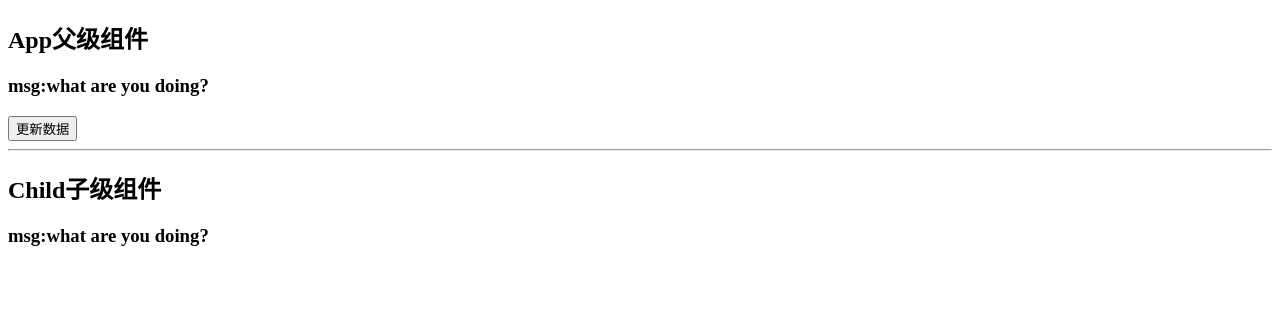
Repository: zhuhongxiang/Vue3.0-TSLeaning
Page: / (app in 04_Vue3/vue3_learning/)
An editor plug-in stored every save of this project. The page is shown before and after the next save, followed by the edit.
The browser window is 1280 px wide. The pictures show the whole page.
The project was rebuilt for these pictures with package versions that can differ from the ones it lists, and the page was loaded fresh each time.

Above is the page before, as saved 2021-07-26 10:34:59.

### 04_Vue3/vue3_learning/src/main.ts
// 程序的主入口文件，ts文件，是main.ts
// 引入createApp函数，创建对应的应用产生应用的实例对象
import { createApp } from 'vue'
// 引入App组件（所有组件的父级组件）
import App from './App.vue'
// 创建App应用返回对应的实例对象，调用mount方法进行挂载
createApp(App).mount('#app')

### 04_Vue3/vue3_learning/src/App.vue
<template>
  <h2>App父级组件</h2>
  <h3>msg:{{ msg }}</h3>
  <button @click="msg += '==='">更新数据</button>
  <hr />
  <Child :msg="msg" msg2="真想" @xxx="xxx" />
</template>

<script lang='ts'>
import { defineComponent, reactive, ref } from "vue";
import Child from "./components/Child.vue";

export default defineComponent({
  name: "App",
  props: {},
  components: { Child },
  setup() {
    const msg = ref("what are you doing?");
    function xxx(txt) {
      msg.value += txt;
    }
    return {
      msg,
      xxx,
    };
  },
});
</script>

<style scoped>
</style>

### 04_Vue3/vue3_learning/src/components/Child.vue
<template>
  <h2>Child子级组件</h2>
  <h3>msg:{{ msg }}</h3>
  <!-- <h3>count:{{ count }}</h3> -->
</template>

<script lang='ts'>
import { defineComponent, reactive } from "vue";
export default defineComponent({
  name: "Child",
  props: ["msg"],
  components: {},
  // setup细节问题
  // setup是在beforeCreate生命周期回调之前就执行了，而且就执行一次
  // 由此可以推断出：setup在执行时当前组件还没有创建出来，也就意味着：组件实例对象this根本就不能用
  // this是undefined，说明就不能通过this去访问data,computed,methods,props
  // 其实所有的composition API相关回调函数中也都不可以

  // setup中的返回值是一个对象，内部的属性和方法是给html模板使用的
  // setup中的对象内部的属性和data函数中的return对象的属性都可以在Html模板中使用
  // setup中的对象的属性和data函数中的对象中的属性会合并为组件对象的属性
  // setup中的对象中的方法和methods对象中的方法会合并为组件对象的方法
  // 在Vue3中尽量不要混合使用data和setup及methods和setup
  // setup不能是一个async函数: 因为返回值不再是return的对象, 而是promise, 模板看不到return对象中的属性数据

  // 数据初始化的生命周期回调
  // beforeCreate() {
  //   console.log("beforeCreate执行了");
  // },
  // 界面渲染完毕
  //   mounted(){},
  setup(props, context) {
    // props参数，是一个对象，里面有父级组件向子级组件传递的数据，并且是在子级组件中使用props接收的所有属性
    // console.log(props.msg);
    // console.log(context.attrs);
    // console.log(context.emit);
    // context参数，是一个对象，里面有attrs对象(获取当前组件标签上的所有的属性的对象，但是该属性是在props中没有声明接收的所有尚需的对象)，
    // emit方法(分发事件的),slots对象(插槽)
    // attrs: 包含没有在props配置中声明的属性的对象, 相当于 this.$attrs
    console.log(context.attrs.msg2);
    console.log("setup执行了", this);
    const showMsg1 = () => {
      console.log("setup中的showMsg方法");
    };
    return {
      // setup一般都是返回一个对象，对象中的属性和方法都可以在html目标中直接使用
      showMsg1,
    };
  },
  // data() {
  //   return {
  //     count: 10,
  //   };
  // },
  // mounted() {
  //   console.log(this);
  // },
  // methods: {
  //   showMsg2() {
  //     console.log("methods中的showMsg方法");
  //   },
  // },
});
</script>

<style scoped>
</style>

Loaded but not shown: 04_Vue3/vue3_learning/public/index.html (common file)

After the next save:
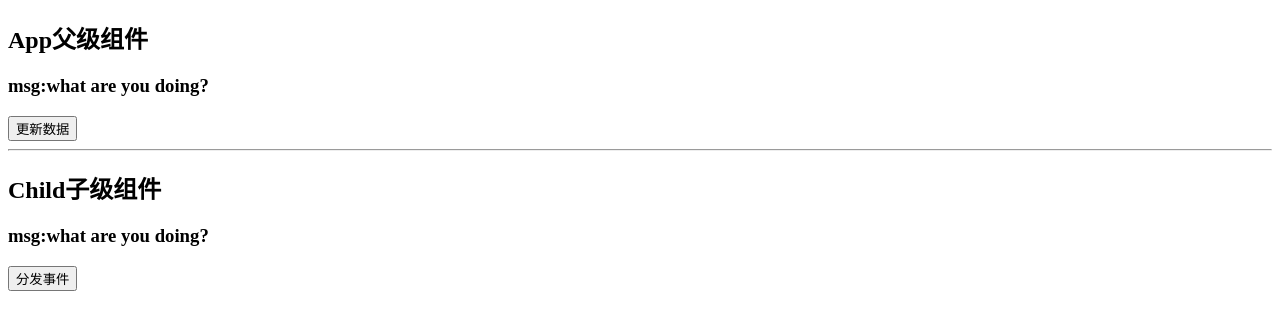
Saved 96 s later.
--- a/04_Vue3/vue3_learning/src/App.vue
+++ b/04_Vue3/vue3_learning/src/App.vue
@@ -16,7 +16,7 @@ export default defineComponent({
   components: { Child },
   setup() {
     const msg = ref("what are you doing?");
-    function xxx(txt) {
+    function xxx(txt: string) {
       msg.value += txt;
     }
     return {
--- a/04_Vue3/vue3_learning/src/components/Child.vue
+++ b/04_Vue3/vue3_learning/src/components/Child.vue
@@ -2,6 +2,7 @@
   <h2>Child子级组件</h2>
   <h3>msg:{{ msg }}</h3>
   <!-- <h3>count:{{ count }}</h3> -->
+  <button @click="emitxxx">分发事件</button>
 </template>
 
 <script lang='ts'>
@@ -42,6 +43,9 @@ export default defineComponent({
     const showMsg1 = () => {
       console.log("setup中的showMsg方法");
     };
+    function emitxxx() {
+      context.emit("xxx", "++");
+    }
     return {
       // setup一般都是返回一个对象，对象中的属性和方法都可以在html目标中直接使用
       showMsg1,
